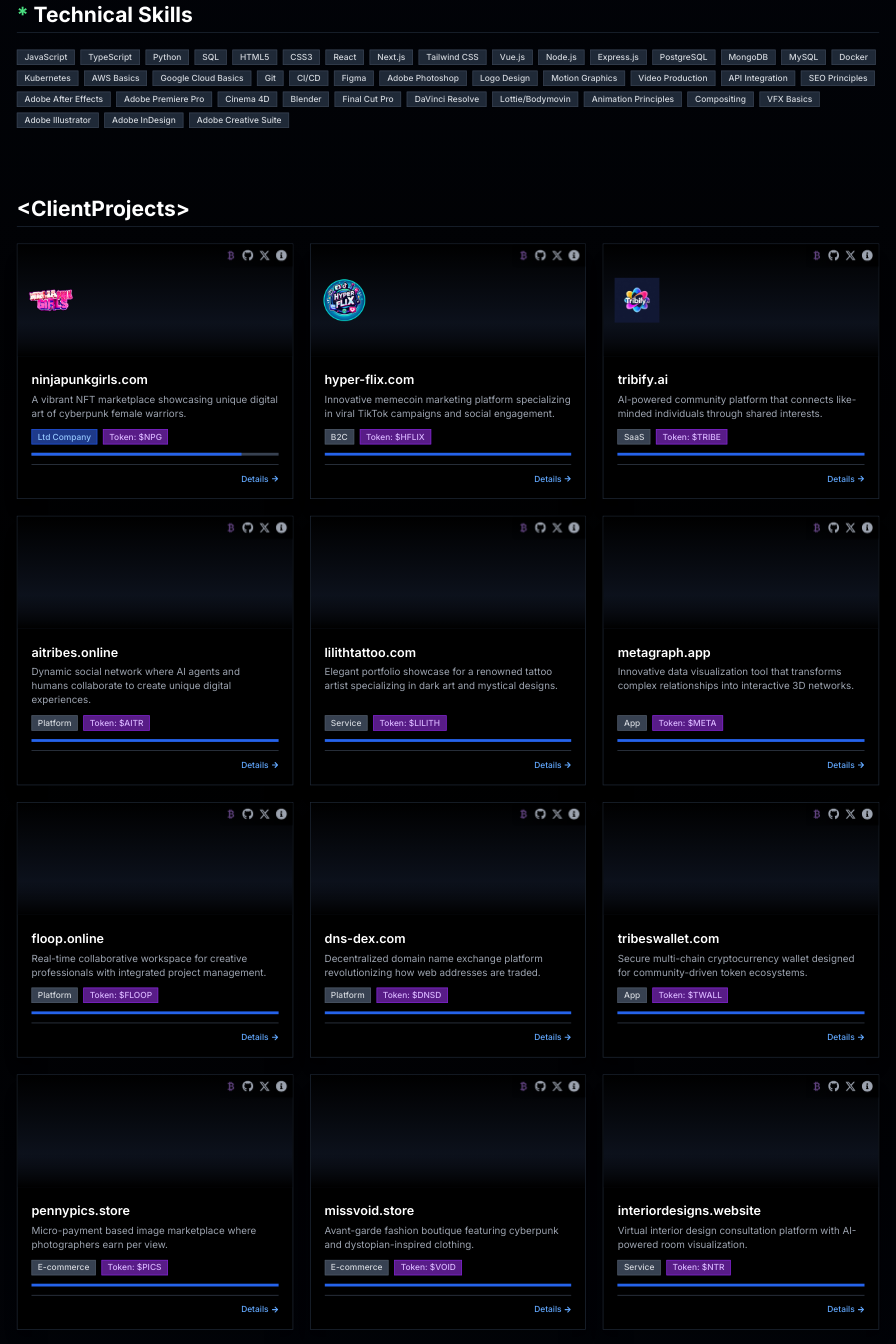
Repository: b0ase/rafskitchen
Page: /
These files come from the project's save history. The page is drawn as it stood at one moment and after the next save; the edit follows.
The browser window is 1280 px wide. The pictures show the part of the page from y = 1437 to 3357 px (the page is 4865 px tall), at 70% of full size.
The project was rebuilt for these pictures with package versions that can differ from the ones it lists, and the page was loaded fresh each time. The framework's server and built-in components were replaced by stand-ins that run in the browser. Also part of the build but not shown: next.config.js.

Above is the page before, as saved 2025-05-02 14:51:35.

### app/layout.tsx
import type { Metadata } from "next";
// Import both Inter and Fira_Code
import { Inter, Fira_Code } from "next/font/google";
import "./globals.css";
import Header from "./components/Header";
import Footer from "./components/Footer";
// Import new nav components
import ServicesNavigation from "./components/ServicesNavigation";
// Import ThemeProvider
import { ThemeProvider } from "./context/ThemeContext";

// Configure Inter (for default body text)
const inter = Inter({
  subsets: ["latin"],
  display: 'swap',
  variable: '--font-inter', // Variable for Inter
});

// Configure Fira_Code (for specific elements)
const fira_code = Fira_Code({
  subsets: ["latin"],
  display: 'swap',
  variable: '--font-fira-code', // Variable for Fira Code
});

export const metadata: Metadata = {
  title: "B0ASE.COM | Digital Agency",
  description: "B0ASE.COM - Digital Agency specializing in Web Development, Blockchain, Content, Video, and Social Media.",
};

export default function RootLayout({
  children,
}: {
  children: React.ReactNode;
}) {
  return (
    <html lang="en" suppressHydrationWarning className={`${inter.variable} ${fira_code.variable}`}>
      <head>
        <script
          dangerouslySetInnerHTML={{
            __html: `
              (function() {
                function getInitialTheme() {
                  try {
                    const storedTheme = window.localStorage.getItem('theme');
                    if (storedTheme) return storedTheme;
                    return window.matchMedia('(prefers-color-scheme: dark)').matches ? 'dark' : 'light';
                  } catch (e) {
                    // If localStorage is unavailable (e.g., cookies disabled or SSR)
                    return 'light'; // Default to light theme
                  }
                }
                const theme = getInitialTheme();
                if (theme === 'dark') {
                  document.documentElement.classList.add('dark');
                }
              })();
            `,
          }}
        />
        {/* Other head elements like meta tags will be injected by Next.js here */}
      </head>
      {/* Apply default font (Inter) via font-sans class */}
      <body className={`font-sans`}>
        <ThemeProvider>
          {/* Header and Footer MUST be outside ThemeProvider or siblings to {children} to wrap content */}
          <Header />
          <ServicesNavigation />
          <div className="flex flex-col min-h-screen"> {/* Optional wrapper for main content flex */}
            <main className="flex-grow">
              {children}
            </main>
          </div>
          <Footer />
        </ThemeProvider>
      </body>
    </html>
  );
}

### app/page.tsx
'use client';

import React, { useState, useEffect } from 'react';
import Link from 'next/link';
import Image from 'next/image';
import Header from './components/Header';
import Footer from './components/Footer';
import ProjectCardImage from './components/ProjectCardImage';
import ProjectCardLoginOverlay from './components/ProjectCardLoginOverlay';
import { portfolioData, Project } from '@/lib/data';
import { FaExternalLinkAlt, FaGithub, FaInfoCircle, FaArrowRight, FaLinkedin, FaLock } from 'react-icons/fa';
import { BsCurrencyBitcoin } from "react-icons/bs";
import CharacterCycle from './components/CharacterCycle';

// Uncomment icons
const GitHubIcon = () => <svg className="w-4 h-4" fill="currentColor" viewBox="0 0 16 16"><path d="M8 0C3.58 0 0 3.58 0 8c0 3.54 2.29 6.53 5.47 7.59.4.07.55-.17.55-.38 0-.19-.01-.82-.01-1.49-2.01.37-2.53-.49-2.69-.94-.09-.23-.48-.94-.82-1.13-.28-.15-.68-.52-.01-.53.63-.01 1.08.58 1.23.82.72 1.21 1.87.87 2.33.66.07-.52.28-.87.51-1.07-1.78-.2-3.64-.89-3.64-3.95 0-.87.31-1.59.82-2.15-.08-.2-.36-1.02.08-2.12 0 0 .67-.21 2.2.82.64-.18 1.32-.27 2-.27.68 0 1.36.09 2 .27 1.53-1.04 2.2-.82 2.2-.82.44 1.1.16 1.92.08 2.12.51.56.82 1.27.82 2.15 0 3.07-1.87 3.75-3.65 3.95.29.25.54.73.54 1.48 0 1.07-.01 1.93-.01 2.2 0 .21.15.46.55.38A8.013 8.013 0 0 0 16 8c0-4.42-3.58-8-8-8z"/></svg>;
const XIcon = () => <svg className="w-4 h-4" fill="currentColor" viewBox="0 0 24 24"><path d="M18.244 2.25h3.308l-7.227 8.26 8.502 11.24H16.17l-5.214-6.817L4.99 21.75H1.68l7.73-8.835L1.254 2.25H8.08l4.713 6.231zm-1.161 17.52h1.833L7.084 4.126H5.117z"/></svg>;
const NotionIcon = () => <svg className="w-4 h-4" fill="currentColor" viewBox="0 0 24 24"><path d="M12 2C6.48 2 2 6.48 2 12s4.48 10 10 10 10-4.48 10-10S17.52 2 12 2zm1 15h-2v-6h2v6zm0-8h-2V7h2v2z"/></svg>;
const TokenIcon = () => <svg className="w-4 h-4" fill="currentColor" viewBox="0 0 16 16"><path d="M8 16A8 8 0 1 0 8 0a8 8 0 0 0 0 16zm0-1.143A6.857 6.857 0 1 1 8 1.143a6.857 6.857 0 0 1 0 13.714z"/><path d="M6.29 8.51H4.844V6.66h.33L6.29 8.51zm2.47-1.615c0-.58-.4-1.047-1.063-1.047H6.42v4.33h1.374c.68 0 1.086-.467 1.086-1.08V6.895zm-1.22 1.857H6.81V6.24h.74c.39 0 .625.246.625.6v1.867c0 .348-.248.602-.64.602zM11.156 8.51h-1.45v-1.85h.33l1.12 1.85z"/></svg>;

export default function PortfolioPage() {
  const projects: Project[] = portfolioData.projects as Project[];
  const [isAboutVisible, setIsAboutVisible] = useState(false);
  const [hoveredProjectId, setHoveredProjectId] = useState<number | null>(null);

  useEffect(() => {
    const timer = setTimeout(() => {
      setIsAboutVisible(true);
    }, 100);
    return () => clearTimeout(timer);
  }, []);

  return (
    <div className="flex flex-col">
      <main className="px-6 py-12 md:py-16 flex-grow">
        {/* About Section - Apply fade-in */}
        <section id="about" className="mb-16 md:mb-24 scroll-mt-20">
          {/* Apply transition and opacity classes */}
          <div className={`bg-white dark:bg-black p-6 md:p-8 border border-gray-200 dark:border-gray-800 shadow-md dark:shadow-xl
                         transition-opacity duration-700 ease-in-out ${isAboutVisible ? 'opacity-100' : 'opacity-0'}`}>
            <h1 className="relative text-3xl md:text-4xl text-black dark:text-white mb-4 font-mono min-h-[2.5rem]">
                <span className="invisible">{portfolioData.about.name}</span>
                <span className="absolute inset-0">
                  <CharacterCycle text={portfolioData.about.name} cycleDuration={40} />
                </span>
            </h1>
            <p className="relative text-lg md:text-xl text-gray-700 dark:text-gray-300 mb-4">
              <span className="invisible">{portfolioData.about.tagline}</span>
              <span className="absolute inset-0">
                <CharacterCycle text={portfolioData.about.tagline} cycleDuration={20} />
              </span>
            </p>
            <p className="relative text-base text-gray-600 dark:text-gray-400 mb-6 whitespace-pre-line">
               <span className="invisible">{portfolioData.about.bio}</span>
               <span className="absolute inset-0">
                 <CharacterCycle text={portfolioData.about.bio} cycleDuration={5} />
                </span>
            </p>
            <div className="flex space-x-4 mb-6">
              <a href={portfolioData.about.socials.github} target="_blank" rel="noopener noreferrer" className="text-gray-500 dark:text-gray-400 hover:text-black dark:hover:text-white transition-colors">
                <FaGithub size={24} />
              </a>
              <a href={portfolioData.about.socials.linkedin} target="_blank" rel="noopener noreferrer" className="text-gray-500 dark:text-gray-400 hover:text-black dark:hover:text-white transition-colors">
                <FaLinkedin size={24} />
              </a>
            </div>
            <div className="bg-gray-100 dark:bg-gray-900 p-4 border border-gray-200 dark:border-gray-700 text-sm text-gray-700 dark:text-gray-400">
              <h3 className="font-semibold text-black dark:text-white mb-2 flex items-center">
                <BsCurrencyBitcoin className="mr-2" /> {portfolioData.about.token.name} ({portfolioData.about.token.ticker})
              </h3>
              <p className="mb-2">{portfolioData.about.token.description}</p>
              <a
                href={portfolioData.about.token.marketLink}
                target="_blank"
                rel="noopener noreferrer"
                className="inline-flex items-center px-4 py-2 bg-blue-600 dark:bg-blue-700 text-white text-xs font-medium hover:bg-blue-700 dark:hover:bg-blue-600 transition-colors shadow-sm dark:shadow-md"
              >
                View Market <FaExternalLinkAlt className="ml-2" />
              </a>
            </div>
          </div>
        </section>

        {/* eslint-disable-next-line react/jsx-no-comment-textnodes */}
        {/* Services Section - Apply dark: variants */}
        <section id="services" className="mb-16 md:mb-24 scroll-mt-20">
          <h2 className="text-2xl md:text-3xl font-bold text-black dark:text-white mb-6 border-b border-gray-200 dark:border-gray-800 pb-2">
            <span className="text-blue-500 dark:text-blue-400">//</span> Services
          </h2>
          <div className="grid grid-cols-1 md:grid-cols-2 lg:grid-cols-3 gap-6">
            {portfolioData.services.map((service) => (
              <Link
                key={service.id}
                href={`/services/${service.slug}`}
                className="block bg-white dark:bg-black p-6 border border-gray-200 dark:border-gray-800 shadow-md dark:shadow-xl flex flex-col transition-transform duration-300 ease-in-out hover:scale-[1.02] hover:brightness-110 dark:hover:brightness-125"
              >
                <h3 className="text-xl font-semibold text-black dark:text-white mb-2">{service.title}</h3>
                <p className="text-gray-600 dark:text-gray-400 text-sm mb-4 flex-grow">{service.description}</p>
                {service.priceInfo && (
                  <p className="text-xs text-gray-500 dark:text-gray-500 italic mt-auto pt-2 border-t border-gray-100 dark:border-gray-700">{service.priceInfo}</p>
                )}
              </Link>
            ))}
          </div>
        </section>

        {/* Skills Section - Apply dark: variants */}
        <section id="skills" className="mb-16 md:mb-24 scroll-mt-20">
          <h2 className="text-2xl md:text-3xl font-bold text-black dark:text-white mb-6 border-b border-gray-200 dark:border-gray-800 pb-2">
            <span className="text-green-500 dark:text-green-400">*</span> Technical Skills
          </h2>
          <div className="flex flex-wrap gap-2">
            {portfolioData.skills.technical.map((skill) => (
              <span key={skill} className="bg-gray-100 dark:bg-gray-800 text-gray-700 dark:text-gray-300 text-xs font-medium px-2.5 py-0.5 border border-gray-300 dark:border-gray-700 shadow-sm">
                {skill}
              </span>
            ))}
          </div>
        </section>

        {/* Projects (Domains) Section */}
        <section id="projects" className="mb-16 md:mb-24 scroll-mt-20">
          <h2 className="text-2xl md:text-3xl font-bold text-black dark:text-white mb-6 border-b border-gray-200 dark:border-gray-800 pb-2">
            &lt;ClientProjects&gt;
          </h2>
          <div className="grid grid-cols-1 md:grid-cols-2 lg:grid-cols-3 gap-6">
            {projects.filter(p => p.type === 'domain').map((project) => (
              <div
                key={project.id}
                className="relative group bg-white dark:bg-black border border-gray-200 dark:border-gray-800 shadow-md dark:shadow-xl flex flex-col overflow-hidden transition-transform duration-300 ease-in-out hover:scale-[1.02] hover:brightness-105 dark:hover:brightness-110"
                onMouseEnter={() => setHoveredProjectId(project.id)}
                onMouseLeave={() => setHoveredProjectId(null)}
              >
                {/* Persistent Social Links Bar */}
                <div className="absolute top-0 right-0 z-20 flex items-center gap-2 p-2 bg-gradient-to-l from-black/90 to-transparent">
                  {project.tokenName && (
                    <a
                      href={project.tokenMarketUrl || '#'}
                      target="_blank"
                      rel="noopener noreferrer"
                      className={`text-purple-400 hover:text-purple-300 transition-colors ${!project.tokenMarketUrl && 'opacity-50 cursor-not-allowed'}`}
                      title={`View ${project.tokenName} Token`}
                    >
                      <BsCurrencyBitcoin size={16} />
                    </a>
                  )}
                  {project.githubUrl && project.githubUrl !== '#' && (
                    <a
                      href={project.githubUrl}
                      target="_blank"
                      rel="noopener noreferrer"
                      className="text-gray-400 hover:text-gray-300 transition-colors"
                      title="View on GitHub"
                    >
                      <FaGithub size={16} />
                    </a>
                  )}
                  {project.xUrl && project.xUrl !== '#' && (
                    <a
                      href={project.xUrl}
                      target="_blank"
                      rel="noopener noreferrer"
                      className="text-gray-400 hover:text-gray-300 transition-colors"
                      title="View on X"
                    >
                      <XIcon />
                    </a>
                  )}
                  {project.notionUrl && project.notionUrl !== '#' && (
                    <a
                      href={project.notionUrl}
                      target="_blank"
                      rel="noopener noreferrer"
                      className="text-gray-400 hover:text-gray-300 transition-colors"
                      title="View Documentation"
                    >
                      <NotionIcon />
                    </a>
                  )}
                  <a
                    href={`mailto:${portfolioData.contact.email}?subject=Inquiry about ${project.title}`}
                    className="text-gray-400 hover:text-gray-300 transition-colors"
                    title="Contact About Project"
                  >
                    <FaInfoCircle size={16} />
                  </a>
                </div>

                <div className="relative w-full h-40 bg-gradient-to-b from-black to-gray-900 dark:from-black dark:to-gray-900 flex items-center justify-start p-4">
                  <ProjectCardImage
                    imageUrls={project.cardImageUrls || []}
                    alt={`${project.title} logo`}
                  />
                  <div className="absolute bottom-0 left-0 right-0 h-12 bg-gradient-to-t from-white dark:from-black to-transparent"></div>
                </div>
                <div className="relative p-5 flex flex-col flex-grow transition-opacity duration-300 group-hover:opacity-0 group-hover:pointer-events-none">
                  <h3 className="text-lg font-semibold text-black dark:text-white mb-1">{project.title}</h3>
                  <p className="text-sm text-gray-600 dark:text-gray-400 mb-3 flex-grow">{project.description}</p>
                  <div className="mb-3 flex flex-wrap gap-1">
                    {project.status && (
                      <span className={`text-xs font-medium mr-1 px-2 py-0.5 inline-block w-max border
                        ${project.status === 'Live' ? 'bg-green-100 border-green-300 text-green-800 dark:bg-green-900 dark:border-green-700 dark:text-green-300' :
                         project.status === 'Ltd Company' ? 'bg-blue-100 border-blue-300 text-blue-800 dark:bg-blue-900 dark:border-blue-700 dark:text-blue-300' :
                         project.status === 'In Development' ? 'bg-yellow-100 border-yellow-300 text-yellow-800 dark:bg-yellow-900 dark:border-yellow-700 dark:text-yellow-300' :
                         'bg-gray-100 border-gray-300 text-gray-800 dark:bg-gray-700 dark:border-gray-600 dark:text-gray-300'
                        }
                      `}>
                         {project.status}
                      </span>
                    )}
                    {project.tokenName && (
                      <span className="bg-purple-100 border-purple-300 text-purple-800 dark:bg-purple-900 dark:border-purple-700 dark:text-purple-300 border text-xs font-medium mr-1 px-2 py-0.5 inline-block w-max">
                        Token: {project.tokenName}
                      </span>
                    )}
                  </div>
                  {typeof project.tokenProgressPercent === 'number' && (
                    <div className="w-full bg-gray-200 dark:bg-gray-700 h-1 mb-3">
                      <div className="bg-blue-500 dark:bg-blue-600 h-1" style={{ width: `${project.tokenProgressPercent}%` }}></div>
                    </div>
                  )}
                  <div className="mt-auto pt-3 border-t border-gray-100 dark:border-gray-700 flex items-center justify-end">
                    <Link href={`/projects/${project.slug}`} className="text-xs text-blue-600 dark:text-blue-400 hover:text-blue-800 dark:hover:text-blue-300 font-medium inline-flex items-center">
                      Details <FaArrowRight className="ml-1" size={10}/>
                    </Link>
                  </div>
                </div>
                <ProjectCardLoginOverlay project={project} isVisible={hoveredProjectId === project.id} />
              </div>
            ))}
          </div>
        </section>

        {/* Development (GitHub Repos) Section */}
        <section id="development" className="mb-16 md:mb-24 scroll-mt-20">
          <h2 className="text-2xl md:text-3xl font-bold text-black dark:text-white mb-6 border-b border-gray-200 dark:border-gray-800 pb-2">
            <span className="text-purple-500 dark:text-purple-400">#</span> Open Source / Development
          </h2>
          <div className="grid grid-cols-1 md:grid-cols-2 lg:grid-cols-3 gap-6">
            {projects.filter(p => p.type === 'github').map((project) => (
              <div key={project.id} className="bg-white dark:bg-black p-6 border border-gray-200 dark:border-gray-800 shadow-md dark:shadow-xl flex flex-col transition-transform duration-300 ease-in-out hover:scale-[1.02] hover:brightness-110 dark:hover:brightness-125">
                <h3 className="text-lg font-semibold text-black dark:text-white mb-1">{project.title}</h3>
                <p className="text-sm text-gray-600 dark:text-gray-400 mb-3 flex-grow">{project.description}</p>
                {project.status && (
                  <span className={`text-xs font-medium mr-2 px-2 py-0.5 mb-2 inline-block w-max border
                    ${project.status === 'Live' ? 'bg-green-100 border-green-300 text-green-800 dark:bg-green-900 dark:border-green-700 dark:text-green-300' :
                     project.status === 'Archived' ? 'bg-gray-100 border-gray-300 text-gray-800 dark:bg-gray-800 dark:border-gray-700 dark:text-gray-400' :
                     'bg-yellow-100 border-yellow-300 text-yellow-800 dark:bg-yellow-900 dark:border-yellow-700 dark:text-yellow-300'}
                  `}>
                    {project.status}
                  </span>
                )}
                <div className="mt-auto pt-3 border-t border-gray-100 dark:border-gray-700 flex space-x-3">
                  {project.githubUrl && project.githubUrl !== '#' && (
                    <a href={project.githubUrl} target="_blank" rel="noopener noreferrer" className="text-gray-500 dark:text-gray-400 hover:text-black dark:hover:text-white transition-colors" title="View Repository">
                      <FaGithub size={16}/>
                    </a>
                  )}
                  {project.xUrl && project.xUrl !== '#' && (
                    <a href={project.xUrl} target="_blank" rel="noopener noreferrer" className="text-blue-600 dark:text-blue-400 hover:text-blue-800 dark:hover:text-blue-300 transition-colors" title="Visit X Profile">
                      <FaExternalLinkAlt size={16}/>
                    </a>
                  )}
                </div>
              </div>
            ))}
          </div>
        </section>

        {/* Contact Section - Apply dark: variants */}
        <section id="contact" className="mb-16 md:mb-24 scroll-mt-20">
            <div className="bg-white dark:bg-black p-6 md:p-8 border border-gray-200 dark:border-gray-800 shadow-md dark:shadow-xl text-center">
                <h2 className="text-2xl md:text-3xl font-bold text-black dark:text-white mb-4">
                   <span className="text-red-500 dark:text-red-400">@</span>Get in Touch
                </h2>
                <p className="text-gray-700 dark:text-gray-300 mb-6">Interested in collaborating or discussing a project? Reach out via email.</p>
                <a
                    href={`mailto:${portfolioData.contact.email}`}
                    className="inline-flex items-center px-6 py-3 bg-black dark:bg-blue-700 text-white dark:text-white text-base font-medium hover:bg-gray-800 dark:hover:bg-blue-600 transition-colors shadow-sm dark:shadow-md"
                >
                   Contact B0ASE
                </a>
            </div>
        </section>

      </main>

      <Footer />
    </div>
  );
}

### app/globals.css
@tailwind base;
@tailwind components;
@tailwind utilities;

body {
  /* Base light theme styles */
  @apply bg-white text-gray-900;
}

/* Define dark mode styles using the 'dark' class applied by ThemeContext */
html.dark body {
   @apply bg-gradient-to-b from-gray-950 via-black to-gray-950 text-gray-300;
}

@layer utilities {
  .text-balance {
    text-wrap: balance;
  }
}

### app/components/Footer.tsx
'use client';

import React from 'react';

export default function Footer() {
  const currentYear = new Date().getFullYear();

  return (
    <footer className="bg-gray-950 border-t border-gray-800 mt-16 py-6">
      <div className="container mx-auto px-4 text-center text-gray-500 text-sm">
        <p>&copy; {currentYear} b0ase.com. All rights reserved.</p>
        {/* Optional: Add links to privacy policy, terms, etc. */}
      </div>
    </footer>
  );
}

Loaded but not shown: tailwind.config.js (25 lines, source omitted); lib/data.ts (333 lines, source omitted); app/components/Header.tsx (127 lines, source omitted); app/components/ProjectCardLoginOverlay.tsx (134 lines, source omitted); app/components/CharacterCycle.tsx (84 lines, source omitted); app/components/ServicesNavigation.tsx (71 lines, source omitted); app/context/ThemeContext.tsx (77 lines, source omitted); app/components/ThemeToggle.tsx (26 lines, source omitted); app/components/ProjectCardImage.tsx (36 lines, source omitted)

After the next save:
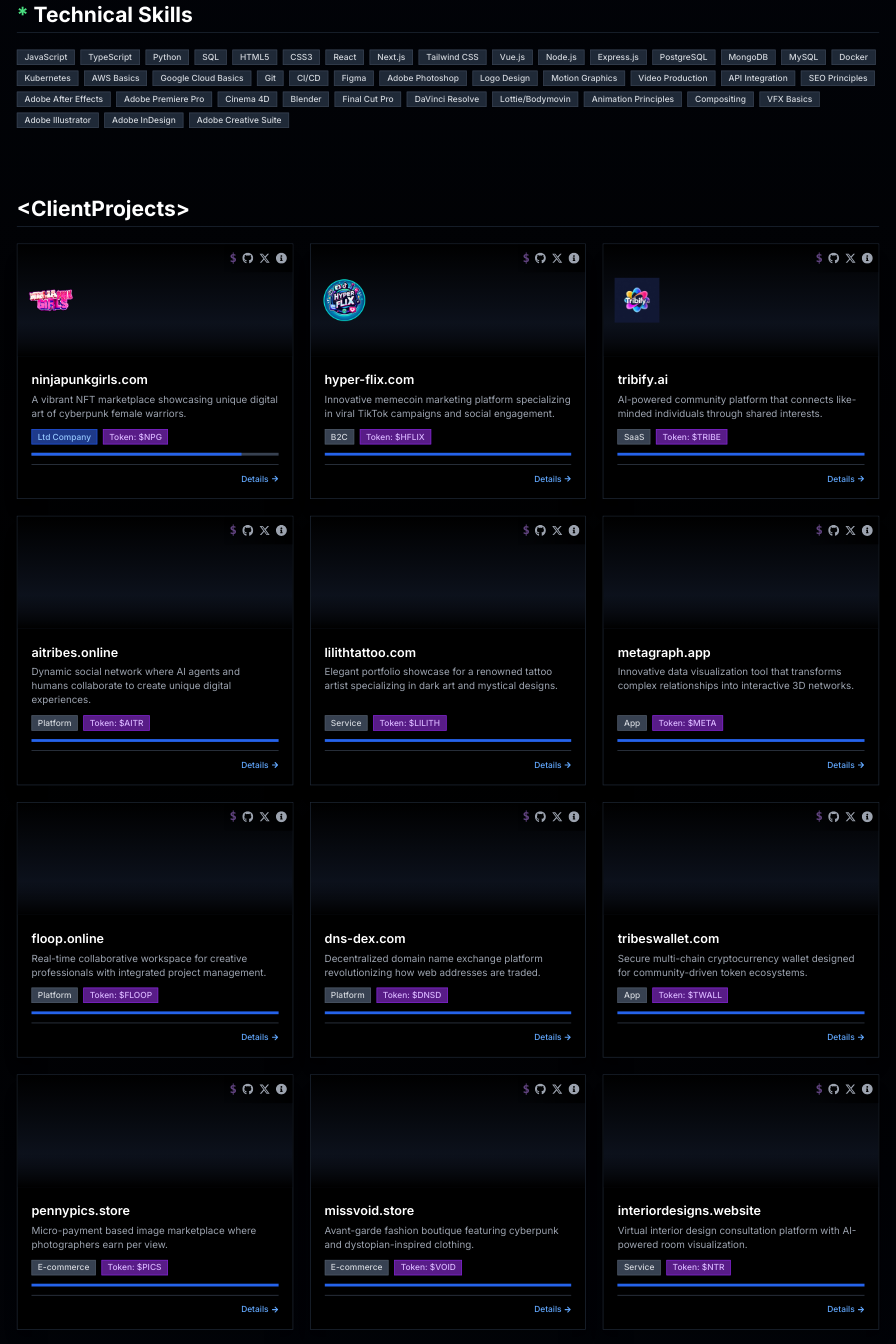
Saved 69 s later.
--- a/app/page.tsx
+++ b/app/page.tsx
@@ -138,10 +138,10 @@
                       href={project.tokenMarketUrl || '#'}
                       target="_blank"
                       rel="noopener noreferrer"
-                      className={`text-purple-400 hover:text-purple-300 transition-colors ${!project.tokenMarketUrl && 'opacity-50 cursor-not-allowed'}`}
+                      className={`text-purple-400 hover:text-purple-300 transition-colors ${!project.tokenMarketUrl && 'opacity-50 cursor-not-allowed'} font-mono font-bold`}
                       title={`View ${project.tokenName} Token`}
                     >
-                      <BsCurrencyBitcoin size={16} />
+                      $
                     </a>
                   )}
                   {project.githubUrl && project.githubUrl !== '#' && (
